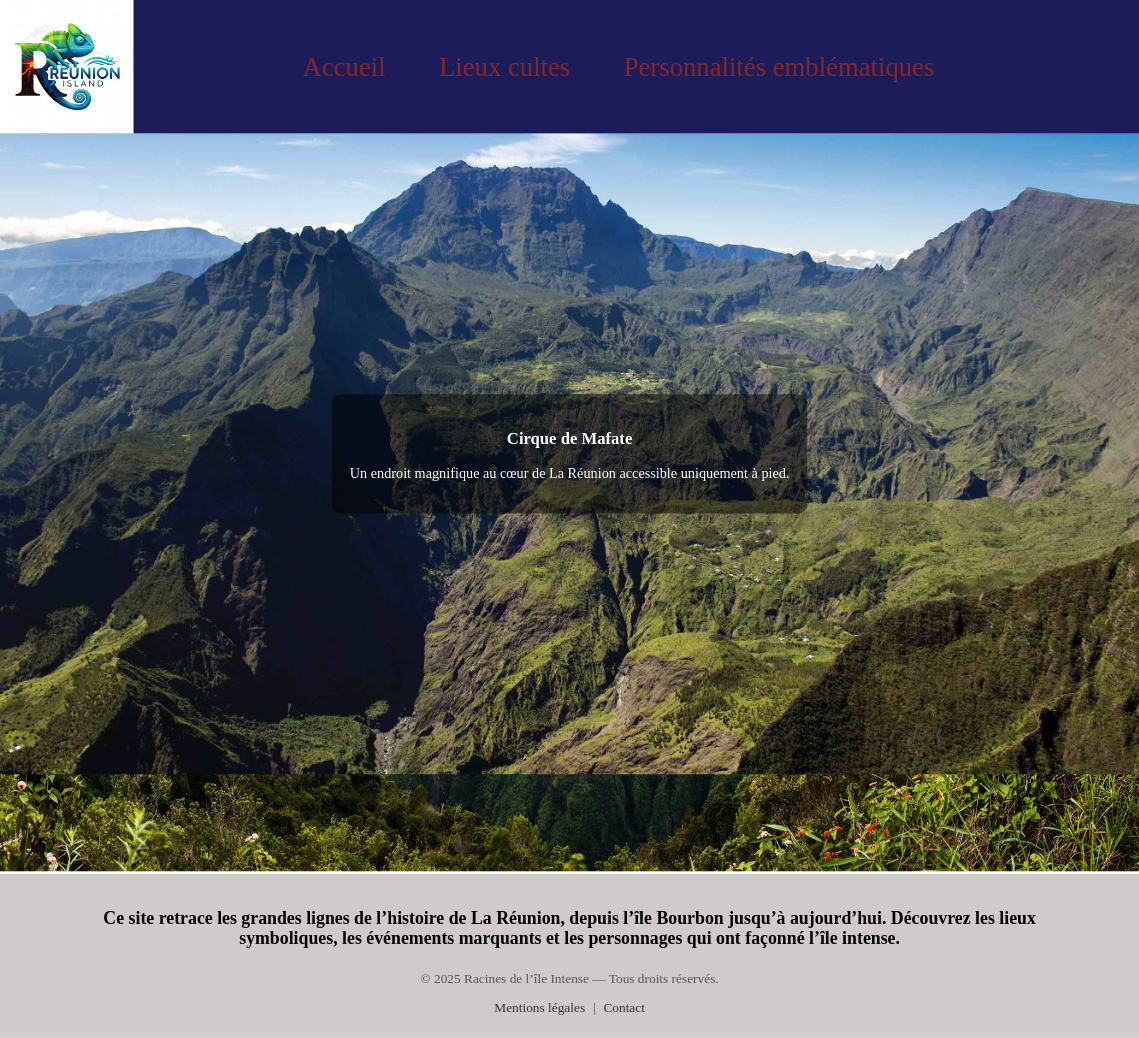
Repository: racinesintense974/Racines-de-lile-intense
Page: mafate.html
An editor plug-in stored every save of this project. The page is shown before and after the next save, followed by the edit.
The browser window is 1280 px wide. The pictures show the whole page, at 89% of full size.

Above is the page before, as saved 2026-02-19 16:23:51.

### mafate.html
<!DOCTYPE html>
<html lang="fr">
<head>
    <meta charset="UTF-8">
    <meta name="viewport" content="width=device-width, initial-scale=1.0">
    <title>Racines-Mafate</title>
<link rel="stylesheet" href="css/mafate.css">
</head>


<body>
<section class="top-page">
        <header class="header">
            <img src="image/logo22.png" alt="logo du site">
        <nav class="nav">
    <ul class="menu">
        <li><a href="index.html">Accueil</a></li>

        <li class="dropdown">
            <a href="#">Lieux cultes</a>
            <ul class="submenu">
                <li><a href="mafate.html">Mafate</a></li>
                <li><a href="cilaos.html">Cilaos</a></li>
                <li><a href="volcans.html">Les volcans</a></li>
            </ul>
        </li>

         <li class="dropdown">
        <a href="#">Personnalités emblématiques</a>
            <ul class="submenu">
                <li><a href="Olivier.html">Olivier Levasseur</a></li>
                <li><a href="Desbassayns.html">Madame Desbassayns</a></li>
                <li><a href="Garros.html">Rolland Garros</a></li>
            </ul>
        </li>
    </ul>
</nav>


        </header>

<section class="mafate-hero">
  <div class="contenu">
    <h1>Cirque de Mafate</h1>
    <p>Un endroit magnifique au cœur de La Réunion accessible uniquement à pied.</p>
  </div>
</section>
  <footer class="footer">
    <h1 class="big-title2">Ce site retrace les grandes lignes de l’histoire de La Réunion, depuis l’île Bourbon jusqu’à aujourd’hui. Découvrez les lieux symboliques, les événements marquants et les personnages qui ont façonné l’île intense.</h1>
  <p>&copy; 2025 Racines de l’île Intense — Tous droits réservés.</p>
  <p><a href="mentions-legales.html">Mentions légales</a> | <a href="contact.html">Contact</a></p>
</footer>
</body>
</html>

### css/mafate.css

*

body {
    margin: 0 auto;

}

header.header {
    display: flex;
    align-items: center;
    background-color: rgb(28, 28, 91);                    /* Entête */
    margin: 0;

}

header.header img {
    width: 150px;
}






section.top-page {
    background: url('../image/point-de-vue-mafate-frog_974.jpg');
    background-size: cover;
    height: 136vh;
    padding: 0px;
}
/* page de bienvenue (landing page) */
.big-title {
    color: rgb(255, 255, 255);
    font-size: 27px;
    padding: 55px 360px;
    background-color: rgba(0, 0, 0, 0.323);
    margin-top: 0;



}
html, body {
  height: 100%;           /* Nécessaire pour que le conteneur remplisse l'écran */
  margin: 0;
  padding: 0;
}

.conteneur-central {
  display: flex;
  justify-content: center;      /* centre horizontalement */
  align-items: center;          /* centre verticalement */
  height: 70vh;                /* 100% de la hauteur de l'écran */
}

/* La galerie contient les images */
.galerie-images {
  display: flex;
  gap: 20px;
  flex-wrap: wrap;
  justify-content: center;
}

.galerie-images img {
  width: 390px;
  height: auto;
  border-radius: 50px;
  box-shadow: 0 4px 10px rgba(0, 0, 0, 0.1);
  transition: transform 0.3s ease;
}

.galerie-images img:hover {
  transform: scale(1.05);
}

.big-title2 {
    color: black;
    font-size: 20px;
    padding: 10px 50px;
}

.mafate-hero {
  height: 100vh;
  background-image: url("images/mafate.jpg");
  background-size: cover;
  background-position: center;
  display: flex;
  justify-content: center;
  align-items: center;
}

.contenu {
  background: rgba(0,0,0,0.5);
  color: white;
  padding: 20px;
  text-align: center;
  border-radius: 10px;
}

.footer {
    width: 100%;
  background-color: #d0caca;
  padding: 10px;
  text-align: center;
  font-size: 15px;
  color: #555;
  border-top: 1px solid #ccc;
  margin-top: 112px;
   box-sizing: border-box;

}

.footer a {
  color: #333;
  text-decoration: none;
  margin: 0 5px;
}

.footer a:hover {
  text-decoration: underline;
}


/* menu de navigation */

nav.nav {
    display: flex;
    justify-content: space-between;
    list-style: none;
    width: 970px;
    margin-left: 180px;
font-size: 30px;
}


nav.nav li {
    color: white;
}



/* ===== MENU DEROULANT LIEUX-CULTES ===== */

nav.nav ul.menu {
    list-style: none;
    display: flex;
    gap: 40px;           /* espace entre les éléments */
    margin: 0;
    padding: 0;
}

nav.nav ul.menu > li {
    position: relative;
}

nav.nav ul.menu a {
    text-decoration: none;
    color: rgb(136, 38, 38);
    font-size: 30px;
    padding: 10px;
}

/* Sous-menu caché */
.submenu {
    list-style: none;
    padding: 0;
    margin: 0;
    position: absolute;
    background: rgb(12, 16, 70);
    border-radius: 5px;
    border: 1px solid black;
    display: none;
    min-width: 180px;
    z-index: 10;
}

/* Liens du sous-menu */
.submenu li a {
    color: black;
    padding: 10px;
    display: block;
    font-size: 20px;
}

/* Apparition au survol */
.dropdown:hover .submenu {
    display: block;
}

/* Effet hover */
.submenu li a:hover {
    background-color: #a01212;
}

After the next save:
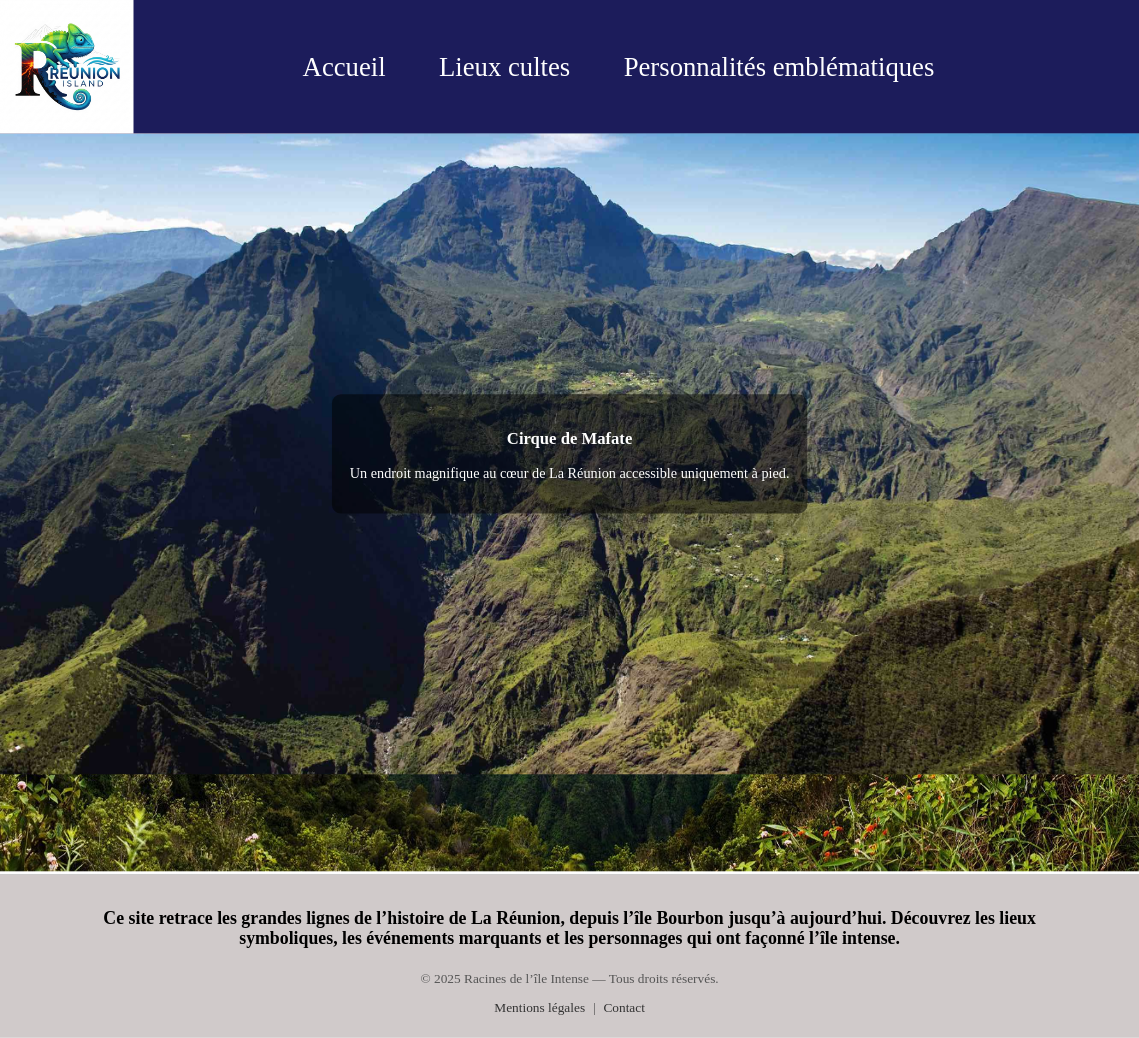
Saved 22 s later.
--- a/css/mafate.css
+++ b/css/mafate.css
@@ -155,7 +155,7 @@
 
 nav.nav ul.menu a {
     text-decoration: none;
-    color: rgb(136, 38, 38);
+    color: rgb(255, 255, 255);
     font-size: 30px;
     padding: 10px;
 }
